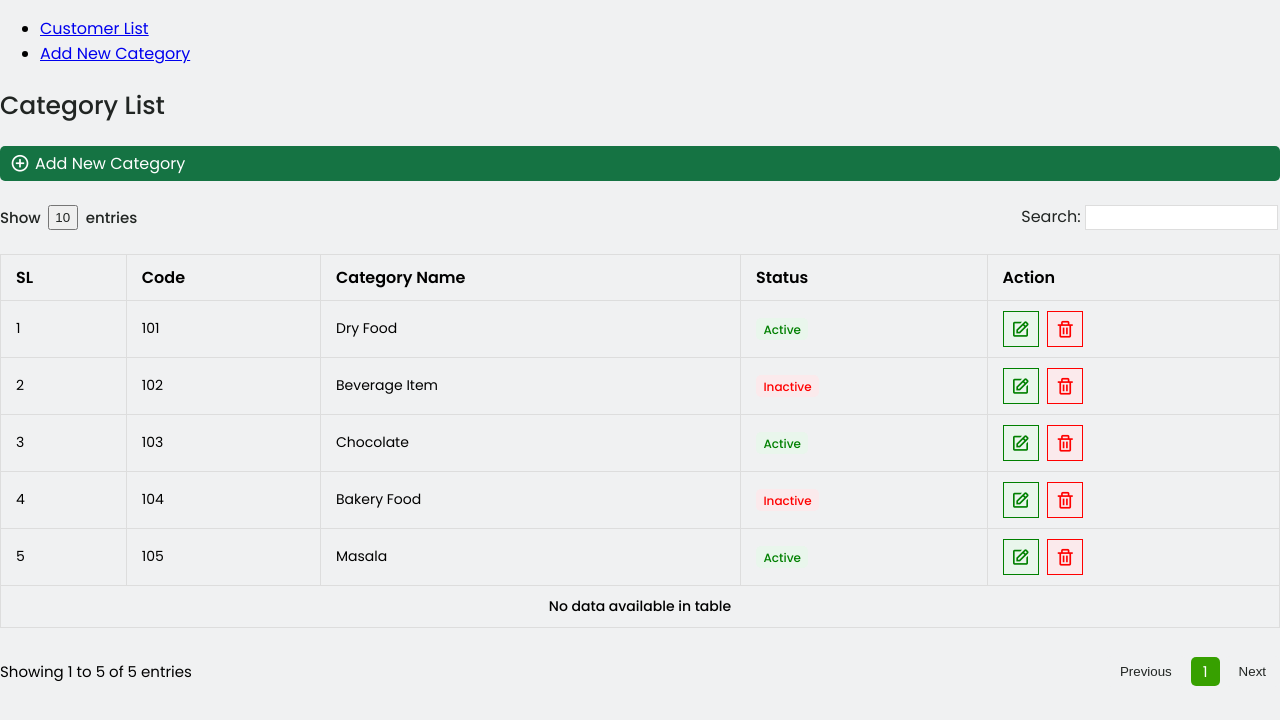
Repository: codebyaddro/customer-page
Page: customer.html
These files come from the project's save history. The page is drawn as it stood at one moment and after a run of saves; the edit follows.
The browser window is 1280 px wide. The pictures show the whole page.

Above is the page before, as saved 2025-02-20 13:48:32.

### customer.html
<!DOCTYPE html>
<html lang="en">
<head>
    <meta charset="UTF-8">
    <meta name="viewport" content="width=device-width, initial-scale=1.0">
    <!-- CSS -->
    <link rel="stylesheet" href="css/customer.css">
    <!-- Icons -->
    <link href='https://unpkg.com/boxicons@2.1.4/css/boxicons.min.css' rel='stylesheet'>
    <title>Customer - Page</title>
</head>
<body>
    <div class="cba-customer-container">
        <div class="cba-cusc-top-menus">
            <ul>
                <li><a href="/index.html" class="-cba-cusc-active-menu">Customer List</a></li>
                <li><a href="/inner-pages/html/anc.html" class="cba-cusc-light-up">Add New Category</a></li>
            </ul>
        </div>
        <div class="cba-cusc-list-container">
            <div class="cba-cusc-heading-add-new-btn">
                <div class="heading">
                    <h2>Category List</h2>
                </div>
                <div class="add-new-btn">
                    <i class='add-icon bx bx-plus-circle'></i>
                    <a href="/inner-pages/html/anc.html">Add New Category</a>
                </div>
            </div>
            <div class="list-short-dpdwn-search-box">
                <div class="list-short-dpdwn">
                    <h3>Show</h3>
                    <select name="10" id="">
                        <option value="">10</option>
                        <option value="">20</option>
                        <option value="">30</option>
                        <option value="">All</option>
                    </select>
                    <h3>entries</h3>
                </div>
                <div class="search-box">
                    <legend>Search: <input type="text"></legend>
                </div>
            </div>
            <div class="table-list">
                <table>
                    <thead>
                        <tr>
                            <th title="SL">SL</th>
                            <th title="Code">Code</th>
                            <th title="Category Name">Category Name</th>
                            <th title="Status">Status</th>
                            <th title="Action">Action</th>
                        </tr>
                    </thead>
                    <tbody>
                        <tr>
                            <td>1</td>
                            <td>101</td>
                            <td>Dry Food</td>
                            <td><span class="active">Active</span></td>
                            <td>
                                <a title="Edit" href="#"><i class='edit-icon bx bx-edit'></i></a>
                                <a title="Delete" href="#"><i class='delete-icon bx bx-trash'></i></a>
                            </td>
                        </tr>
                        <tr>
                            <td>2</td>
                            <td>102</td>
                            <td>Beverage Item</td>
                            <td><span class="inactive">Inactive</span></td>
                            <td>
                                <a title="Edit" href="#"><i class='edit-icon bx bx-edit'></i></a>
                                <a title="Delete" href="#"><i class='delete-icon bx bx-trash'></i></a>
                            </td>
                        </tr>
                        <tr>
                            <td>3</td>
                            <td>103</td>
                            <td>Chocolate</td>
                            <td><span class="active">Active</span></td>
                            <td>
                                <a title="Edit" href="#"><i class='edit-icon bx bx-edit'></i></a>
                                <a title="Delete" href="#"><i class='delete-icon bx bx-trash'></i></a>
                            </td>
                        </tr>
                        <tr>
                            <td>4</td>
                            <td>104</td>
                            <td>Bakery Food</td>
                            <td><span class="inactive">Inactive</span></td>
                            <td>
                                <a title="Edit" href="#"><i class='edit-icon bx bx-edit'></i></a>
                                <a title="Delete" href="#"><i class='delete-icon bx bx-trash'></i></a>
                            </td>
                        </tr>
                        <tr>
                            <td>5</td>
                            <td>105</td>
                            <td>Masala</td>
                            <td><span class="active">Active</span></td>
                            <td>
                                <a title="Edit" href="#"><i class='edit-icon bx bx-edit'></i></a>
                                <a title="Delete" href="#"><i class='delete-icon bx bx-trash'></i></a>
                            </td>
                        </tr>
                        <tr class="no-data-available">
                            <th colspan="5">No data available in table</th>
                        </tr>
                    </tbody>
                </table>
            </div>
            <div class="entries-details-list-page-btn">
                <div class="entries-details">
                    Showing <span>1</span> to <span>5</span> of <span>5</span> entries
                </div>
                <div class="list-page-btn">
                    <button>Previous</button>
                    <h4><span>1</span></h4>
                    <button>Next</button>
                </div>
            </div>
        </div>
    </div>
</body>
</html>

### css/customer.css
/* -- fonts -- */
@import url('https://fonts.googleapis.com/css2?family=Poppins:ital,wght@0,100;0,200;0,300;0,400;0,500;0,600;0,700;0,800;0,900;1,100;1,200;1,300;1,400;1,500;1,600;1,700;1,800;1,900&family=Raleway:ital,wght@0,100..900;1,100..900&family=Roboto:ital,wght@0,100;0,300;0,400;0,500;0,700;0,900;1,100;1,300;1,400;1,500;1,700;1,900&family=VT323&display=swap');

/* -- root -- */

:root {
    --gray-white: #F0F1F2; /* For body*/
    --white: #FFFFFF;
    --black: #000000;
    --gray-black: #DDDDDD;
    --light-black: #212523;
    --light-black-op: #21252350;
    --main-green: #157343;
    --main-light: #37A000;
    --light-orange: #FD7E14;
    --green: #008000;
    --light-green: #e9f6ec;
    --red: #FF0000;
    --light-red: #fbeaec;
}

/* ---------- */

* {
    box-sizing: border-box;
}

body {
    margin: 0;
    padding: 0;
    font-family: "Poppins", serif;
    background-color: var(--gray-white);
}

::selection {
    color: var(--white);
    background-color: var(--main-light);
}

/* -- category container style -- */

.category-container {
    width: 100%;
    margin-top: 25px;
}

/* -- top menus style--  */

.top-menus {
    background-color: var(--white);
    display: flex;
    justify-content: left;
    align-items: center;
    height: 60px;
    margin-bottom: 15px;
}

.top-menus ul {
    list-style-type: none;
    display: flex;
    gap: 30px;
    margin-left: -20px;
}

.top-menus ul li a {
    text-decoration: none;
    color: var(--black);
    font-size: 15px;
    font-weight: 500;
}

/* -- active menu style -- */

.active-menu {
    color: var(--white)!important;
    background-color: var(--main-green);
    padding: 8px 12px;
    border-radius: 5px;
}

/* -- menu hover style -- */

.light-up:hover {
    color: var(--light-orange);
}

/* -- list container style -- */

.list-container {
    background-color: var(--white);
    padding: 0px 20px;
}

/* -- heading-add-new-btn style -- */

.heading-add-new-btn {
    display: flex;
    justify-content: space-between;
    align-items: center;
    border-bottom: 1px solid var(--gray-black) ;
}

.heading h2 {
    color: var(--light-black);
    font-size: 25px;
    font-weight: 500;
}

/* -- add-new-btn style -- */

.add-new-btn {
    display: flex;
    gap: 5px;
    justify-content: baseline;
    align-items: center;
}

.add-new-btn {
    background-color: var(--main-green);
    padding: 5px 10px;
    border-radius: 5px;
}

.add-new-btn a {
    color: var(--white);
    text-decoration: none;
}

.add-icon {
    color: var(--white);
    font-size: 20px;
}

/* -- list-short-dpdwn-search-box style -- */

.list-short-dpdwn-search-box {
    display: flex;
    justify-content: space-between;
    align-items: center;
    padding: 10px 0px;
}

/* -- list-short-dpdwn style -- */

.list-short-dpdwn {
    display: flex;
    gap: 7.5px;
    align-items: center;
}

.list-short-dpdwn h3 {
    color: var(--light-black);
    font-size: 15px;
    font-weight: 500;
}

.list-short-dpdwn select {
    color: var(--light-black);
    appearance: none;
    height: 25px;
    width: 30px;
    padding-left: 6px;
    outline: none;
    border-radius: 2.5px;
}

/* -- search-box style -- */

.search-box {
    display: flex;
    align-items: center;
}

.search-box legend {
    color: var(--light-black);
}

.search-box input {
    outline: none;
    height: 25px;
    width: 193px;
    border: 1px solid var(--gray-black);
}

/* -- table-list style --*/

table {
    border-collapse: collapse;
    width: 100%;
}

@media (max-width: 768px) {
    table {
        width: 100%;
        padding: 0rem;
        display: block;
        overflow-x: scroll;
        overflow-y: hidden;
        scrollbar-width: thin;
        scrollbar-color: var(--black);
    }
}

/* -- thead style -- */

thead {
    cursor: pointer;
}

th, td {
    border: 1px solid var(--gray-black);
    padding: 10px 15px;
}

thead tr th {
    font-size: 1rem;
    font-weight: 600;
    text-align: left;
}

tbody tr td {
    font-size: 0.875rem;
}

tbody tr:hover {
    background-color: var(--gray-white);
}

/* -- tbody style -- */

/* status style */

.active {
    color: var(--green);
    background-color: var(--light-green);
    font-size: 12px;
    font-weight: 500;
    padding: 2.5px 7.5px;
    border-radius: 5px;
}

.inactive {
    color: var(--red);
    background-color: var(--light-red);
    font-size: 12px;
    font-weight: 500;
    padding: 2.5px 7.5px;
    border-radius: 5px;
}

/* -- action style -- */

.edit-icon {
    color: var(--green);
    background-color: var(--light-green);
    padding: 7px 7px;
    margin-right: 2.5px;
    border: 1px solid var(--green);
    font-size: 20px;
}

.edit-icon:hover {
    background-color: var(--light-black-op);
}

.delete-icon {
    color: var(--red);
    background-color: var(--light-red);
    padding: 7px 7px;
    margin-left: 2.5px;
    border: 1px solid var(--red);
    font-size: 20px;
}

.delete-icon:hover {
    background-color: var(--light-black-op);
}

/* -- no data style */

.no-data-available th {
    font-size: 14px;
    font-weight:500;
    color: var(--black);
    background-color: var(--gray-white);
}

/* -- entries-details-list-page-btn style -- */

.entries-details-list-page-btn {
    display: flex;
    justify-content: space-between;
    align-items: center;
    padding: 10px 0px;
}

.entries-details {
    color: var(--black);
    font-size: 15px;
}

.list-page-btn {
    display: flex;
    gap: 5px;
    align-items: center;
}

.list-page-btn button {
    color: var(--light-black);
    background-color: var(--gray-white);
    padding: 8px 14px;
    border: none;
    border-radius: 5px;
    cursor: pointer;
}

.list-page-btn h4 {
    color: var(--white);
    background-color: var(--main-light);
    font-size: 15px;
    font-weight: 400;
    padding: 3px 12px;
    border-radius: 5px;
}

After the next 4 saves:
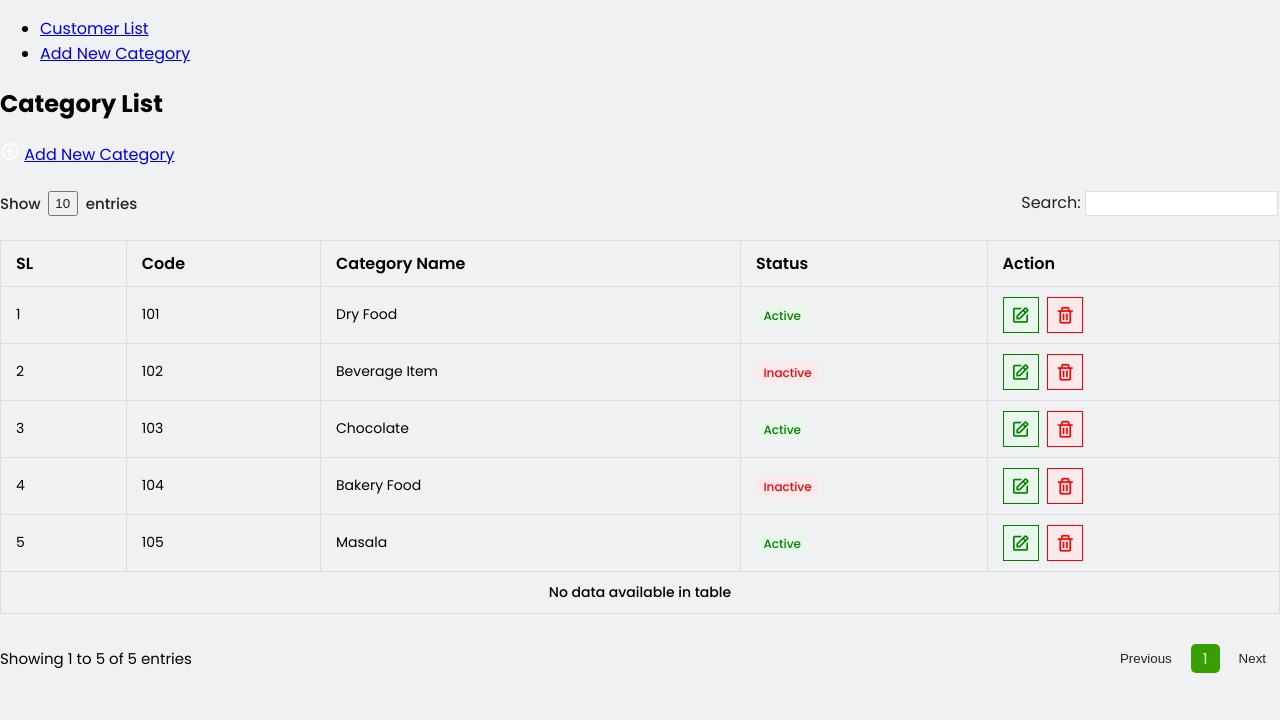
The 4 saves are shown as one change because they came seconds apart.
The last was saved 21 s later.
--- a/customer.html
+++ b/customer.html
@@ -19,10 +19,10 @@
         </div>
         <div class="cba-cusc-list-container">
             <div class="cba-cusc-heading-add-new-btn">
-                <div class="heading">
+                <div class="cba-cusc-heading">
                     <h2>Category List</h2>
                 </div>
-                <div class="add-new-btn">
+                <div class="cba-cusc-add-new-btn">
                     <i class='add-icon bx bx-plus-circle'></i>
                     <a href="/inner-pages/html/anc.html">Add New Category</a>
                 </div>
